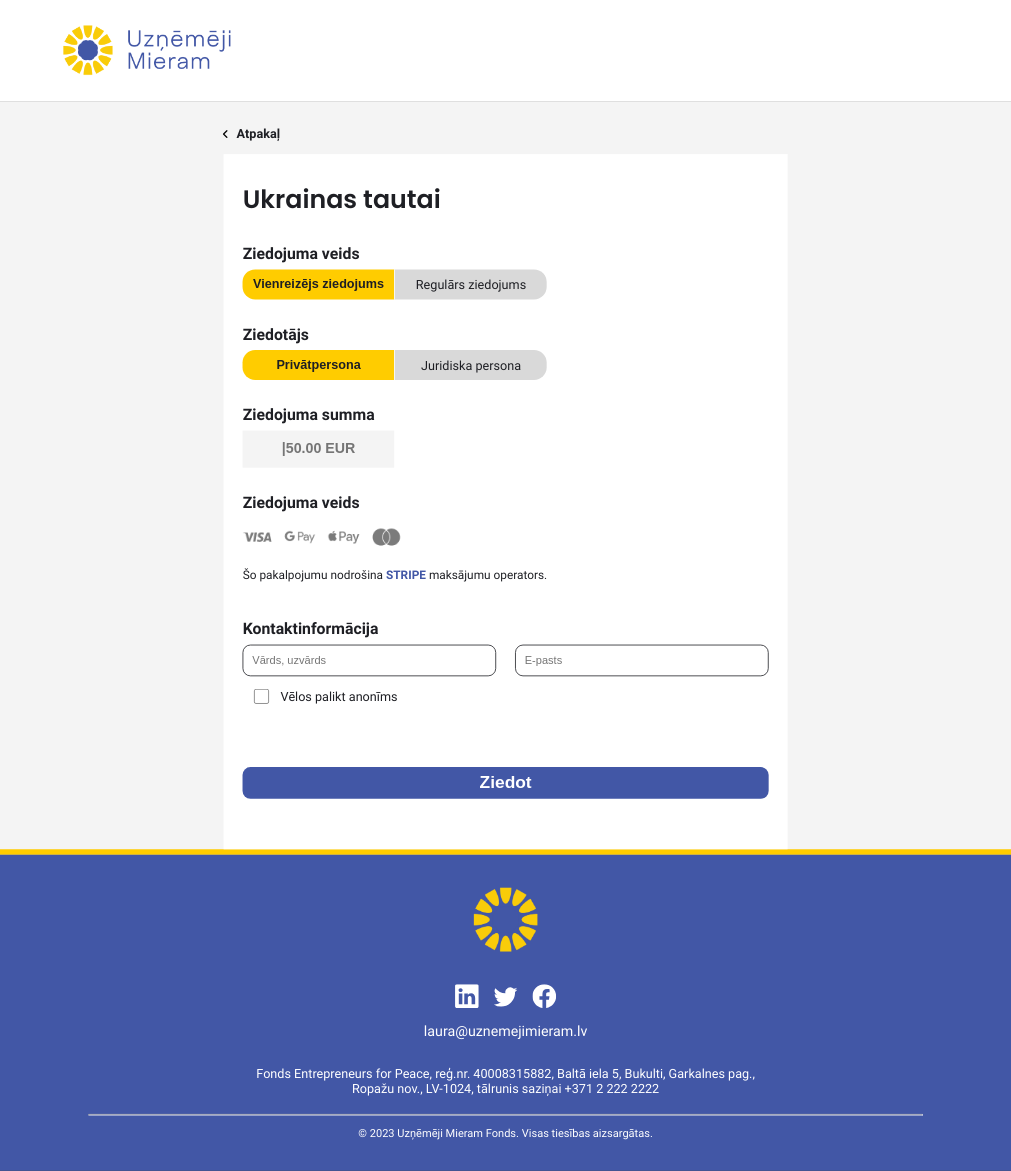
Repository: KatrinaPa/projekts11
Page: donate_Ukr-private-onetime.html
These files come from the project's save history. The page is drawn as it stood at one moment and after the next save; the edit follows.
The browser window is 1280 px wide. The pictures show the whole page, at 79% of full size.

Above is the page before, as saved 2023-05-30 19:07:08.
Console error: TypeError: Cannot read properties of null (reading 'children')

### donate_Ukr-private-onetime.html
<!DOCTYPE html>
<html lang="en">

<head>
    <meta charset="UTF-8">
    <meta http-equiv="X-UA-Compatible" content="IE=edge">
    <meta name="viewport" content="width=device-width, initial-scale=1.0">
    <title>Ukrainas tautai</title>
    <link href="https://fonts.googleapis.com/css2?family=Jost:wght@400;700&display=swap" rel="stylesheet" />
    <link rel="stylesheet" href="assets/main.css" />
    <link rel="stylesheet" href="assets/donate-page.css" />
    <link rel="stylesheet" href="assets/donate-page-private-onetime.css" />
    <link rel="stylesheet" href="https://cdnjs.cloudflare.com/ajax/libs/font-awesome/6.2.0/css/all.min.css" />
    <script src="assets/main.js" defer></script>
</head>

<body>
    <div class="panel">
        <header class="header">
            <nav class="navbar">
                <img src="assets/images/UM_logo.png" alt="uznemejiMieram" id="logo">
                <div class="navigation">
                    <ul class="nav-menu">
                        <li class="nav-item"><a href="sakums.html" class="nav-link">Sākums</a></li>
                        <li class="nav-item"><a href="donate_projects.html" class="nav-link">Ziedot</a></li>
                    </ul>
                    <div class="hamburger">
                        <span class="bar"></span>
                        <span class="bar"></span>
                        <span class="bar"></span>
                    </div>
                </div>
            </nav>
        </header>
        <section id="donate_wrapper" class="donate_section">
            <div class="donate-centred">
                <div class="back-toProject">
                    <button class="back-btn">
                        <i id="left" class="fa-solid fa-angle-left"></i>
                    </button>
                    <a href="projekts-donateUkr.html" id="">Atpakaļ</a>
                </div>
                <div class="donate_page">
                    <h1>Ukrainas tautai</h1>
                    <div class="donation_type">
                        <h4>Ziedojuma veids</h4>
                        <div>
                            <button class="one-time" id="one-time-donate">Vienreizējs ziedojums</button>
                            <a href="donate_Ukr-private-regular.html" class="regular" id="regular-donate">Regulārs
                                ziedojums</a>
                        </div>
                        <h4>Ziedotājs</h4>
                        <div>
                            <button class="individual" id="individual-donate">Privātpersona</button>
                            <a href="donate_Ukr-legal-onetime.html" class="legal" id="legal-donate">Juridiska
                                persona</a>
                        </div>
                        <h4>Ziedojuma summa</h4>
                        <div>
                            <input class="enter-donation" type="text" placeholder="|50.00 EUR" />
                        </div>
                        <h4>Ziedojuma veids</h4>
                        <div class="payment_logo">
                            <img src="assets/images/Visa_logo.png" alt="Visa" id="visa_logo">
                            <img src="assets/images/googlepay_logo.png" alt="Google Pay" id="google-pay_logo">
                            <img src="assets/images/applepay_logo.png" alt="Apple Pay" id="apple-pay_logo">
                            <img src="assets/images/MasterCard_logo.png" alt="MasterCard" id="master-card_logo">
                        </div>
                        <p>Šo pakalpojumu nodrošina <span>STRIPE</span> maksājumu operators.</p>
                    </div>
                    <div class="contact-details">
                        <h4>Kontaktinformācija</h4>
                        <form action="#" class="placehold_button">
                            <div class="inputs-details">
                                <input type="text" placeholder="Vārds, uzvārds" />
                                <input type="email" placeholder="E-pasts" />
                            </div>
                            <div class="checkbox_display">
                                <input type="checkbox" name="no-display" id="display-no" />
                                <label for="display-no">Vēlos palikt anonīms</label>
                            </div>
                            <button type="submit" class="buttonContinue">Ziedot</button>
                        </form>
                    </div>
                </div>
            </div>
            <div class="yellow-bottom"></div>
        </section>
        </main>
        <footer>
            <div class="about">
                <img src="assets/images/UM_simbols.png" alt="uznemejiMieram">
                <div class="social">
                    <svg xmlns="http://www.w3.org/2000/svg" width="30" height="30" fill="#ffffff" class="bi bi-linkedin"
                        viewBox="0 0 16 16">
                        <path
                            d="M0 1.146C0 .513.526 0 1.175 0h13.65C15.474 0 16 .513 16 1.146v13.708c0 .633-.526 1.146-1.175 1.146H1.175C.526 16 0 15.487 0 14.854V1.146zm4.943 12.248V6.169H2.542v7.225h2.401zm-1.2-8.212c.837 0 1.358-.554 1.358-1.248-.015-.709-.52-1.248-1.342-1.248-.822 0-1.359.54-1.359 1.248 0 .694.521 1.248 1.327 1.248h.016zm4.908 8.212V9.359c0-.216.016-.432.08-.586.173-.431.568-.878 1.232-.878.869 0 1.216.662 1.216 1.634v3.865h2.401V9.25c0-2.22-1.184-3.252-2.764-3.252-1.274 0-1.845.7-2.165 1.193v.025h-.016a5.54 5.54 0 0 1 .016-.025V6.169h-2.4c.03.678 0 7.225 0 7.225h2.4z" />
                    </svg>
                    <svg xmlns="http://www.w3.org/2000/svg" width="30" height="30" fill="#ffffff" class="bi bi-twitter"
                        viewBox="0 0 16 16">
                        <path
                            d="M5.026 15c6.038 0 9.341-5.003 9.341-9.334 0-.14 0-.282-.006-.422A6.685 6.685 0 0 0 16 3.542a6.658 6.658 0 0 1-1.889.518 3.301 3.301 0 0 0 1.447-1.817 6.533 6.533 0 0 1-2.087.793A3.286 3.286 0 0 0 7.875 6.03a9.325 9.325 0 0 1-6.767-3.429 3.289 3.289 0 0 0 1.018 4.382A3.323 3.323 0 0 1 .64 6.575v.045a3.288 3.288 0 0 0 2.632 3.218 3.203 3.203 0 0 1-.865.115 3.23 3.23 0 0 1-.614-.057 3.283 3.283 0 0 0 3.067 2.277A6.588 6.588 0 0 1 .78 13.58a6.32 6.32 0 0 1-.78-.045A9.344 9.344 0 0 0 5.026 15z" />
                    </svg>
                    <svg xmlns="http://www.w3.org/2000/svg" width="30" height="30" fill="#ffffff" class="bi bi-facebook"
                        viewBox="0 0 16 16">
                        <path
                            d="M16 8.049c0-4.446-3.582-8.05-8-8.05C3.58 0-.002 3.603-.002 8.05c0 4.017 2.926 7.347 6.75 7.951v-5.625h-2.03V8.05H6.75V6.275c0-2.017 1.195-3.131 3.022-3.131.876 0 1.791.157 1.791.157v1.98h-1.009c-.993 0-1.303.621-1.303 1.258v1.51h2.218l-.354 2.326H9.25V16c3.824-.604 6.75-3.934 6.75-7.951z" />
                    </svg>
                </div>
                <div class="contacts">
                    <p>laura@uznemejimieram.lv</p>
                    <p>Fonds Entrepreneurs for Peace, reģ.nr. 40008315882, Baltā iela 5, Bukulti, Garkalnes pag., Ropažu
                        nov., LV-1024, tālrunis saziņai +371 2 222 2222</p>
                </div>
            </div>
            <div class="copy">
                <hr>
                <p>© 2023 Uzņēmēji Mieram Fonds. Visas tiesības aizsargātas.</p>
            </div>
        </footer>
    </div>

</body>

</html>

### assets/donate-page.css
#donate_wrapper {
    background-color: #f4f4f4;
}

.donate_section {
    font-family: 'Roboto';
}

.donate-centred {
    display: flex;
    align-items: center;
    flex-direction: column;
}

.back-toProject {
    width: 57%;
    padding: 2rem 0 1rem 0;
}

.back-toProject a {
    text-decoration: none;
    color: #1E1F24;
    font-size: 16px;
    font-weight: 600;
    margin-block-start: 0;
}

.back-btn {
    margin-top: -15px;
    border: 0;
    background: transparent;
    cursor: pointer;
}

.donate_page {
    width: 52%;
    background-color: #ffffff;
    padding: 2rem 1.5rem 4rem 1.5rem;
    display: flex;
    flex-direction: column;
    align-items: flex-start;
    color: #1E1F24;
}

h1 {
    color: #1E1F24;
    font-weight: 600;
    font-size: 32px;
    line-height: 50px;
}

h4 {
    font-size: 20px;
    margin: 2rem 0 0.5rem 0;
}

.donation_type div {
    display: flex;
    flex-direction: row;
    justify-content: flex-start;
}

.donation_type svg {
    margin: 1rem 0.7rem 0 0.4rem;
}

.donation_type p {
    font-size: 15px;
}

.donation_type span {
    color: #4257A6;
    font-weight: 600;
}

.one-time,
.individual {
    color: #1E1F24;
    font-size: 16px;
    padding: 0.6rem 0;
    width: 12rem;
    text-align: center;
    text-decoration: none;
    border: none;
    border-radius: 16px 0 0 16px;
    font-weight: 400;
    margin-block-end: 0;
    cursor: pointer;
}

.legal,
.regular {
    color: #1E1F24;
    font-size: 16px;
    padding: 0.6rem 0;
    width: 12rem;
    text-align: center;
    text-decoration: none;
    border: 1px solid #ffffff;
    border-width: 0 0 0 1px;
    border-radius: 0 16px 16px 0;
    font-weight: 400;
    margin-block-end: 0;
    cursor: pointer;
}

.legal:hover,
.regular:hover,
.one-time:hover,
.individual:hover {
    background-color: #ffcc00;
    font-weight: 600;
}

.enter-donation {
    background-color: #f4f4f4;
    color: #615c5c;
    font-size: 18px;
    padding: 0.8rem 0;
    width: 12rem;
    text-align: center;
    border: none;
    font-weight: 600;
    margin-block-start: 0;
}

.payment_logo {
    align-items: center;
    gap: 1rem;
    height: 3rem;
}

#stripe_logo {
    cursor: pointer;
}

#bank-transfer_logo {
    cursor: pointer;
}

.contact-details {
    display: flex;
    flex-direction: column;
    justify-content: space-between;
    width: 100%;
}

.inputs-details {
    display: flex;
    gap: 1.5rem;
    margin-bottom: 1rem;
}

.contact-details input {
    border-radius: 10px;
    padding: 0.7rem 0.7rem;
    width: 100%;
    border: solid 1px #1E1F24;
    font-size: 14px;
}

.buttonContinue {
    margin-top: 2.5rem;
    width: 100%;
    background-color: #4257A6;
    color: #ffffff;
    font-size: 22px;
    font-weight: 600;
    height: 2.5rem;
    text-decoration: none;
    border-radius: 10px;
    border: none;
    align-items: center;
    justify-content: center;
    cursor: pointer;
}

.checkbox_display {
    display: flex;
    margin-bottom: 2.5rem;
}

#display-no {
    width: 3rem;
    margin: 0;
}

.yellow-bottom {
    height: 0.4rem;
    background-color: #ffcc00;
}

@media (min-width: 1280px) {}

@media screen and (max-width: 1279px) {

    .back-toProject {
        width: 84%;
    }

    .donate_page {
        width: 75%;
    }

    .inputs-details {
        gap: 0.5rem;
    }
}

@media screen and (max-width: 700px) {

    .back-toProject {
        width: 87%;
    }

    .inputs-details {
        margin-bottom: 2rem;
        flex-direction: column;
    }

    .placehold_button {
        padding-right: 2rem;
    }

    .one-time,
    .regular,
    .individual,
    .legal {
        width: 11rem;
    }
}

### assets/donate-page-private-onetime.css
#one-time-donate {
    background-color: #ffcc00;
    font-weight: 600;
    cursor: auto;
}

#regular-donate {
    background-color: #d9d9d9;
}

#individual-donate {
    background-color: #ffcc00;
    font-weight: 600;
    cursor: auto;
}

#legal-donate {
    background-color: #d9d9d9;
}

Loaded but not shown: assets/main.js (97 lines, source omitted); assets/main.css (1929 lines, source omitted)

After the next save:
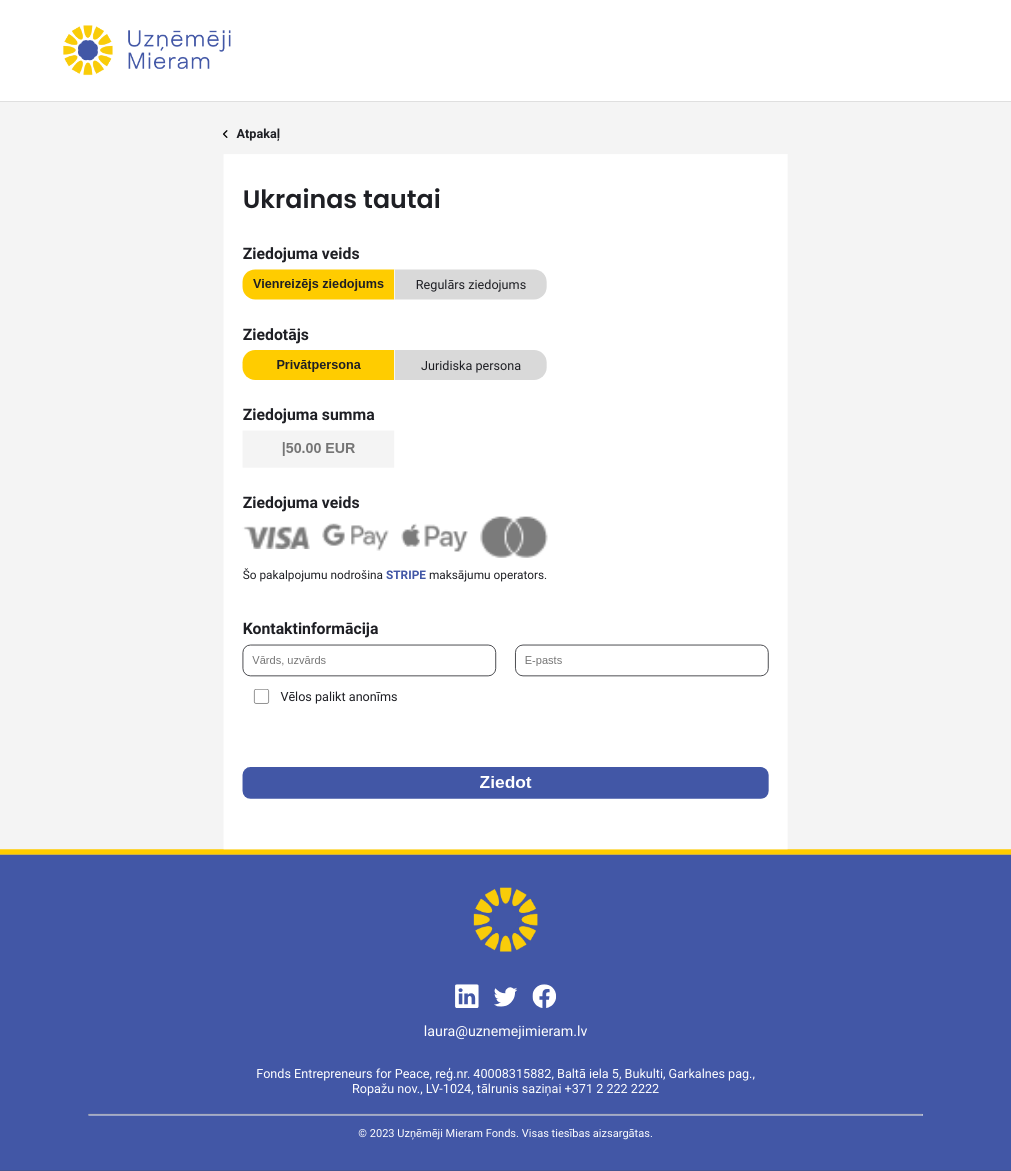
Saved 105 s later.
--- a/assets/donate-page.css
+++ b/assets/donate-page.css
@@ -130,6 +130,10 @@
     height: 3rem;
 }
 
+.payment_logo img {
+    width: 90%;
+}
+
 #stripe_logo {
     cursor: pointer;
 }
